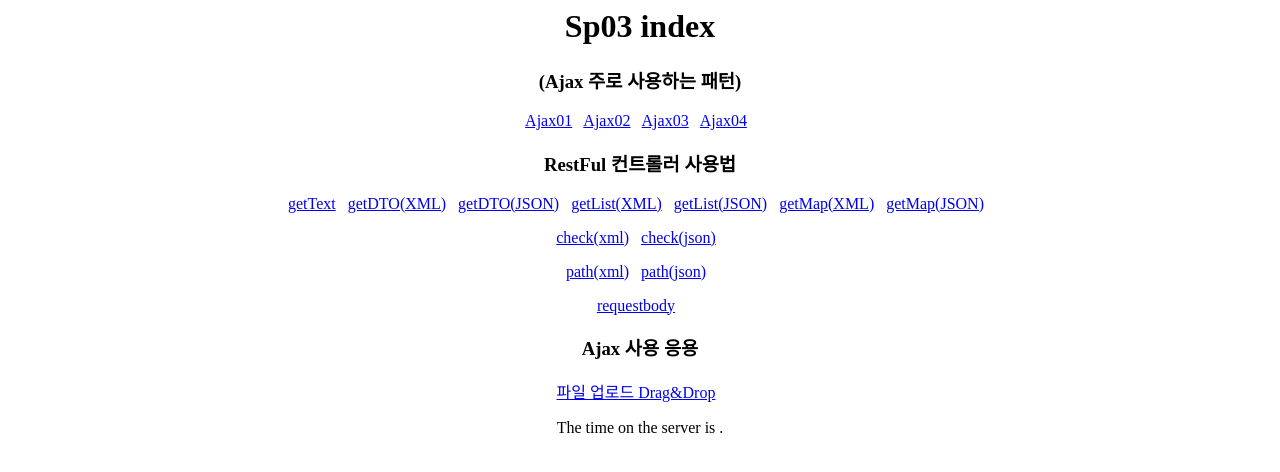
Repository: betweenhj702/Spring-practice-in-bit
Page: http://localhost/Sp03/WEB-INF/views/index.jsp
The author's editor kept a copy of each file at every save. The page is drawn from the files as they stood at one save, then again after the next save.
The browser window is 1280 px wide. The pictures show the whole page.
The page is served by Tomcat 9. Nobody is signed in. Other server files are loaded and not shown. The template is opened directly, without the code that normally fills it, so the values that code supplies are empty.

Above is the page before, as saved 2021-01-26 03:14:00.

### workspace/Sp03/src/main/webapp/WEB-INF/views/index.jsp
<%@ taglib uri="http://java.sun.com/jsp/jstl/core" prefix="c" %>
<%@ page contentType="text/html; charset=utf-8" %>
<html>
<head>
	<title>Home</title>
</head>
<body>
<div style="text-align:center">
		   <h1>Sp03 index </h1>
		   <h3>(Ajax 주로 사용하는 패턴)</h3>
		   <p>
		   		<a href="ajax/test01.do">Ajax01</a>&nbsp;&nbsp;
		   		<a href="ajax/test02.do">Ajax02</a>&nbsp;&nbsp;
		   		<a href="ajax/test03.do">Ajax03</a>&nbsp;&nbsp;
		   		<a href="ajax/test04.do">Ajax04</a>&nbsp;&nbsp;
		   </p>
		   <p>
		   		<h3>RestFul 컨트롤러 사용법</h3>
		   		<a href="rest/getText">getText</a>&nbsp;&nbsp;
		   		<a href="rest/getAddress">getDTO(XML)</a>&nbsp;&nbsp;
		   		<a href="rest/getAddress.json">getDTO(JSON)</a>&nbsp;&nbsp;
		   		<a href="rest/getList">getList(XML)</a>&nbsp;&nbsp;
		   		<a href="rest/getList.json">getList(JSON)</a>&nbsp;&nbsp;
		   		<a href="rest/getMap">getMap(XML)</a>&nbsp;&nbsp;
		   		<a href="rest/getMap.json">getMap(JSON)</a>&nbsp;&nbsp;
		   </p>
		   <p>
		   		<a href="rest/check?height=170&weight=70">check(xml)</a>&nbsp;&nbsp;
		   		<a href="rest/check.json?height=140&weight=45">check(json)</a>&nbsp;&nbsp;
		   </p>
		   <p>
		   		<a href="rest/product/bag/001">path(xml)</a>&nbsp;&nbsp;
		   		<a href="rest/product/bag/002.json">path(json)</a>&nbsp;&nbsp;
		   </p>
		   <p>
		   		<a href="ajax/requestbody.do">requestbody</a>&nbsp;&nbsp;

		   </p>
		    <p>
		    	<h3>Ajax 사용 응용</h3>
		   		<a href="file/list.do">파일 업로드 Drag&Drop</a>&nbsp;&nbsp;

		   </p>
		   <P>  The time on the server is ${serverTime}. </P>
</div>



</body>
</html>

After the next save:
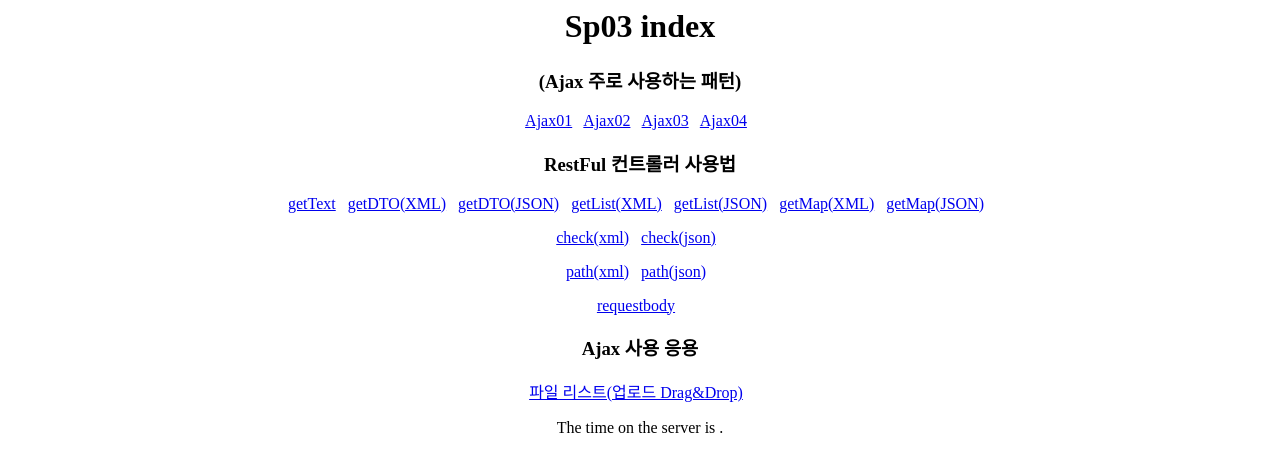
Saved 21 s later.
--- a/workspace/Sp03/src/main/webapp/WEB-INF/views/index.jsp
+++ b/workspace/Sp03/src/main/webapp/WEB-INF/views/index.jsp
@@ -38,7 +38,7 @@
 		   </p>
 		    <p>
 		    	<h3>Ajax 사용 응용</h3>
-		   		<a href="file/list.do">파일 업로드 Drag&Drop</a>&nbsp;&nbsp;
+		   		<a href="file/list.do">파일 리스트(업로드 Drag&Drop)</a>&nbsp;&nbsp;
 
 		   </p>
 		   <P>  The time on the server is ${serverTime}. </P>
